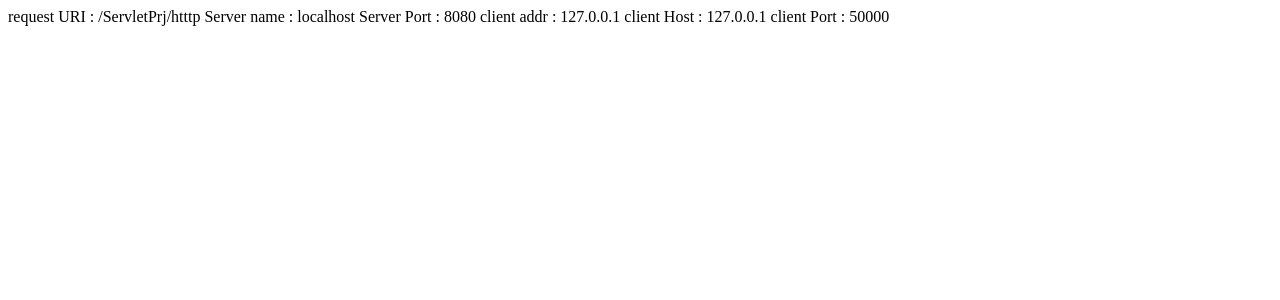
Repository: alsals126/servlet_study_2021
Page: http://localhost/ServletPrj/htttp
The author's editor kept a copy of each file at every save. The page is drawn from the files as they stood at one save, then again after the next save.
The browser window is 1280 px wide. The pictures show the whole page.
The page is served by Tomcat 9.

Above is the page before, as saved 2021-05-11 00:11:46.

After the next save:
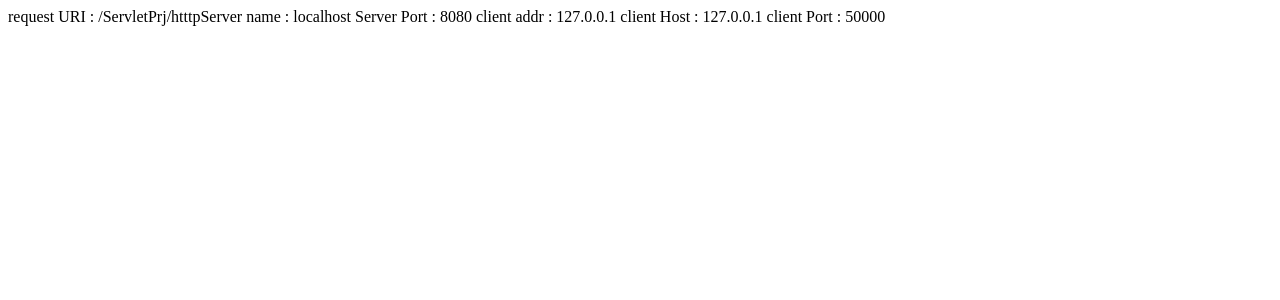
Saved 41 s later.
--- a/ServletPrj/src/kr/hs/servlet/FifthServlet.java
+++ b/ServletPrj/src/kr/hs/servlet/FifthServlet.java
@@ -21,7 +21,7 @@ public class FifthServlet extends HttpServlet{
 		PrintWriter out = res.getWriter(); // 출력 객체 만들어야함
 		out.print("<html><head><title>요청방식과 프로토콜</title></head><body>");
 
-		out.println("request URI : " + req.getRequestURI());
+		out.print("request URI : " + req.getRequestURI());
 		out.println("Server name : " + req.getServerName());
 		out.println("Server Port : " + req.getServerPort());
 		out.println("client addr : " + req.getRemoteAddr());
